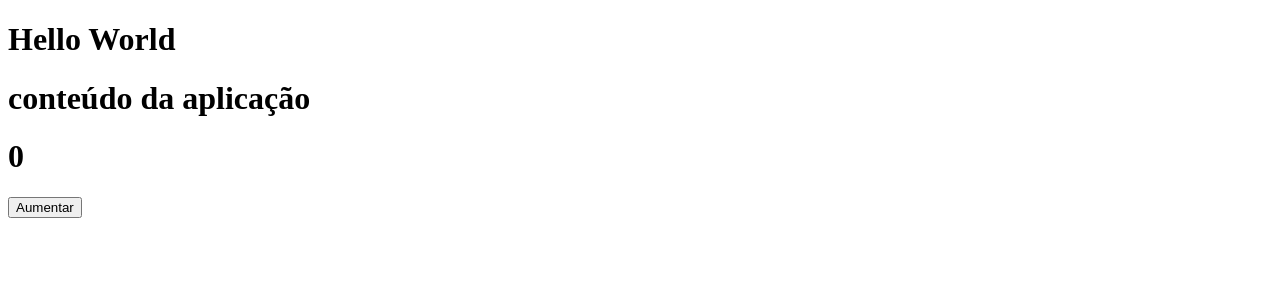
Repository: Andr3Souza/NLW-01-Ecoleta
Page: /create-point (app in web/)
These files come from the project's save history. The page is drawn as it stood at one moment and after the next save; the edit follows.
The browser window is 1280 px wide. The pictures show the whole page.
The project was rebuilt for these pictures with package versions that can differ from the ones it lists, and the page was loaded fresh each time. Also part of the build but not shown: web/src/App.css.

Above is the page before, as saved 2020-06-03 21:27:16.

After the next save:
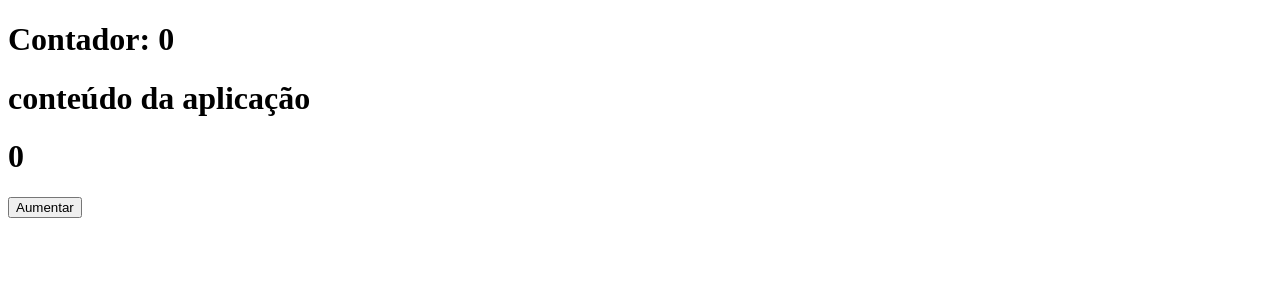
Saved 2 min 46 s later.
--- a/web/src/App.tsx
+++ b/web/src/App.tsx
@@ -7,14 +7,14 @@
   //função de estádo do react
   const [counter, setCounter] = useState(0); //Sempre retorna um arraay [valor do estado, função para atualizar o valor do estado]
 
-  //Seguindo o conceito de imutabilidade do JS esta função utiliza um setCounter para setar um novo valor para o counter, e nnão alterar o existente de forma direta
+  //Seguind o o conceito de imutabilidade do JS esta função utiliza um setCounter para setar um novo valor para o counter, e nnão alterar o existente de forma direta
   function handleButtonClick() {
     setCounter(counter + 1);
   }
 
   return (
     <div>
-      <Header title="Hello World" />
+      <Header title={`Contador: ${counter}`} />
       <h1>conteúdo da aplicação</h1>
       <h1>{counter}</h1>
       <button type="button" onClick={handleButtonClick}>
